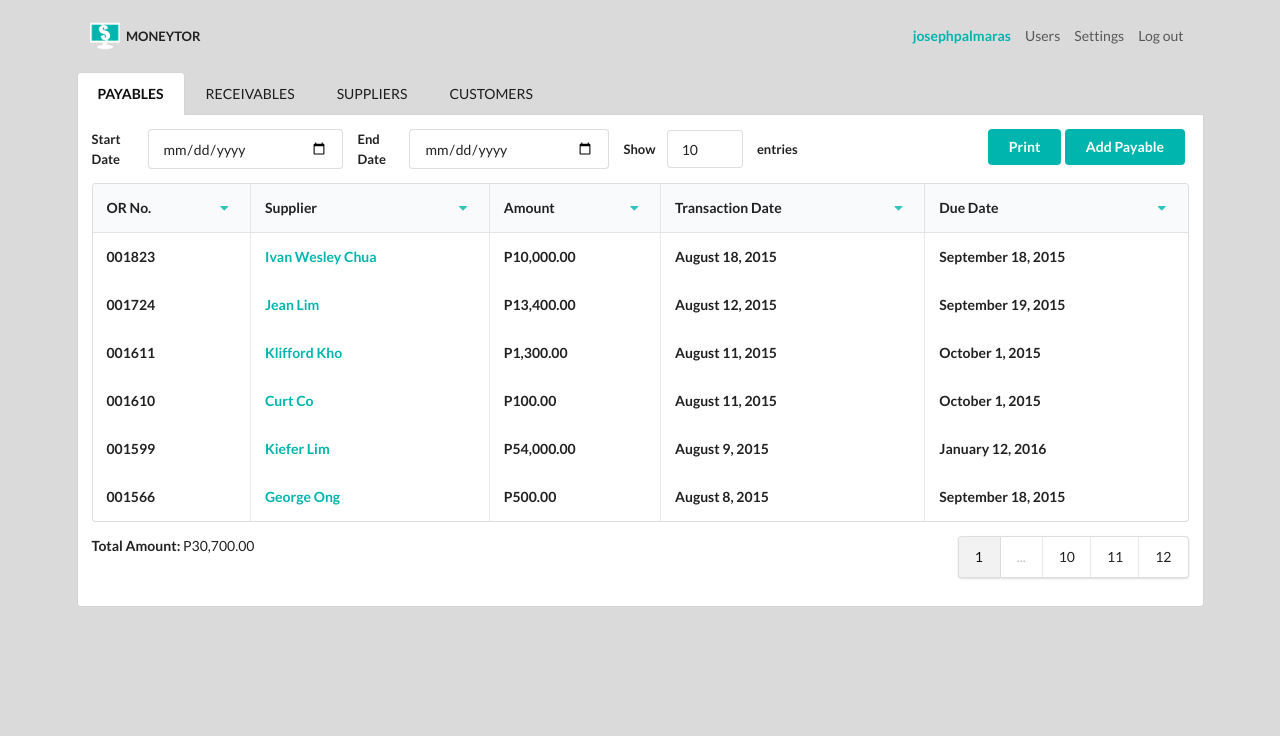
Repository: TV5/MoneyTor
Page: Workspace/MoneyTor/war/main.html
The author's editor kept a copy of each file at every save. The page is drawn from the files as they stood at one save, then again after the next save.
The browser window is 1280 px wide. The pictures show the whole page.

Above is the page before, as saved 2015-08-19 14:45:26.

After the next save:
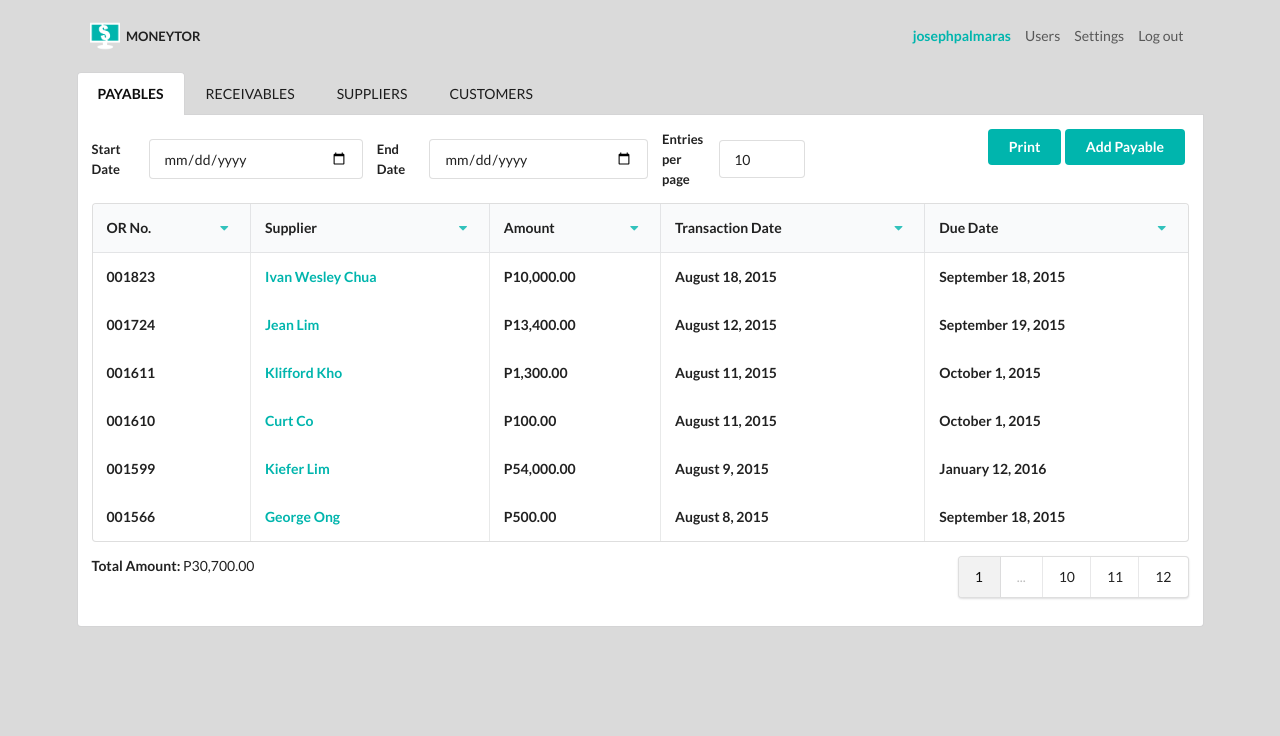
Saved 29 s later.
--- a/Workspace/MoneyTor/war/main.html
+++ b/Workspace/MoneyTor/war/main.html
@@ -115,13 +115,9 @@
 	      <label>End Date</label>
 	      <input type="date">
 	    </div>
-
 	    <div class="three wide field">
-	      <label>Show</label>
+	      <label>Entries per page</label>
 	      <input type="number" value="10">
-	    </div>
-	    <div class="two wide field">
-	      <label>entries</label>
 	    </div>
 	    </div>
 	    <div class="three wide feild" style="float:right">
